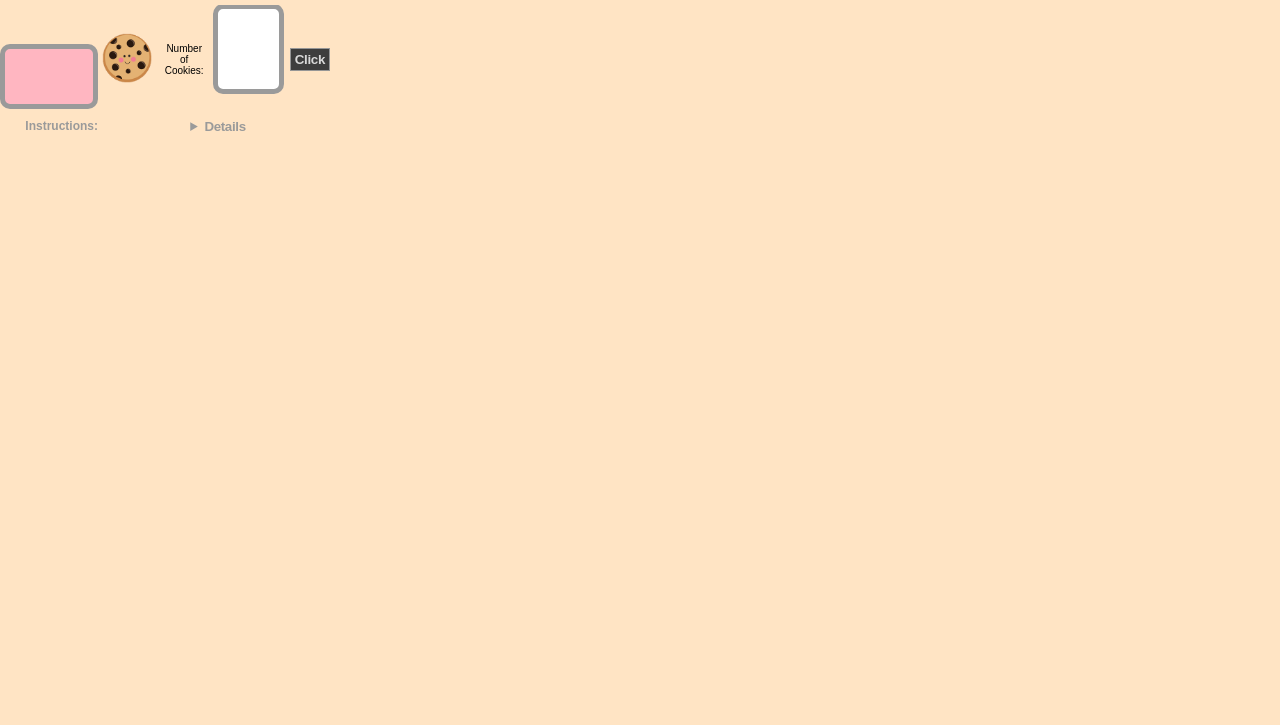
Repository: f00d4tehg0dz/elgato-streamdeck-cookie-clicker
Page: com.f00d4tehg0dz.cookieclicker.sdPlugin/cookieclicker.html
The author's editor kept a copy of each file at every save. The page is drawn from the files as they stood at one save, then again after the next save.
The browser window is 1280 px wide. The pictures show the whole page.

Above is the page before, as saved 2022-01-28 12:01:58.

After the next save:
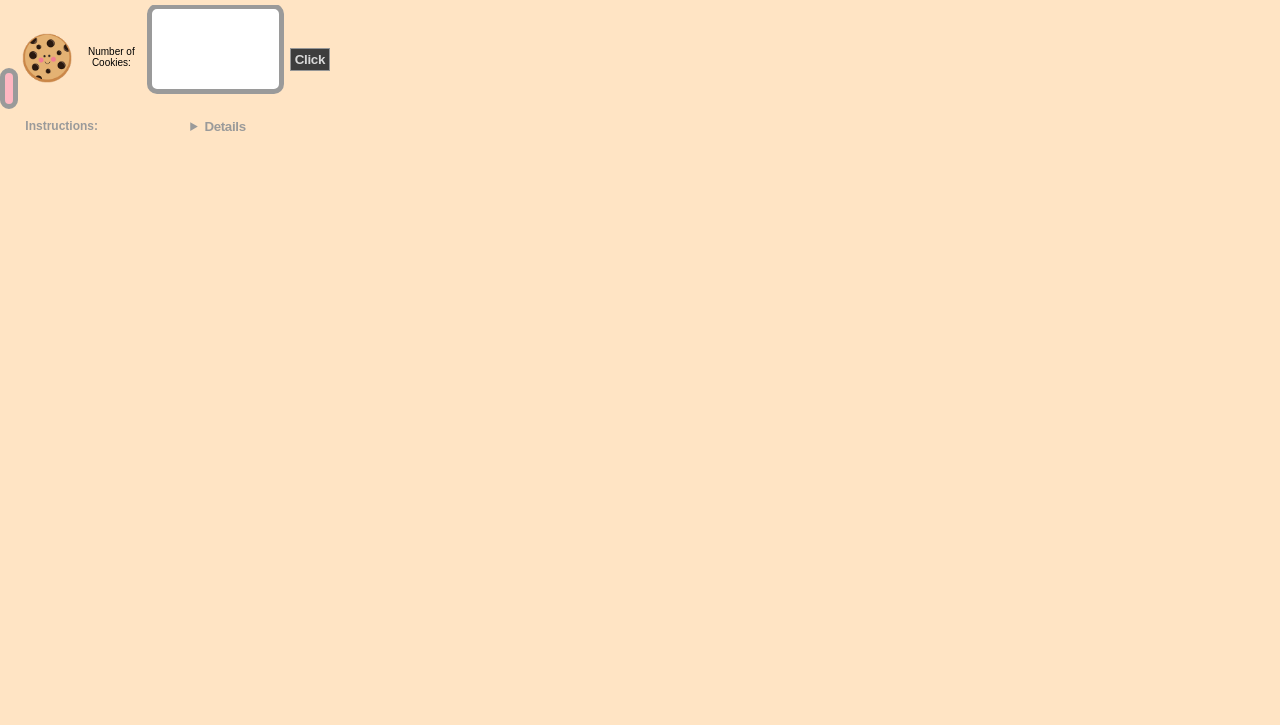
Saved 5 s later.
--- a/com.f00d4tehg0dz.cookieclicker.sdPlugin/css/styles.css
+++ b/com.f00d4tehg0dz.cookieclicker.sdPlugin/css/styles.css
@@ -35,6 +35,5 @@ p {
   border:5px solid;
   border-radius:10px;
   background-color:lightpink;
-  width:300px;
-  height:50px;
+  height:25px;
 }
